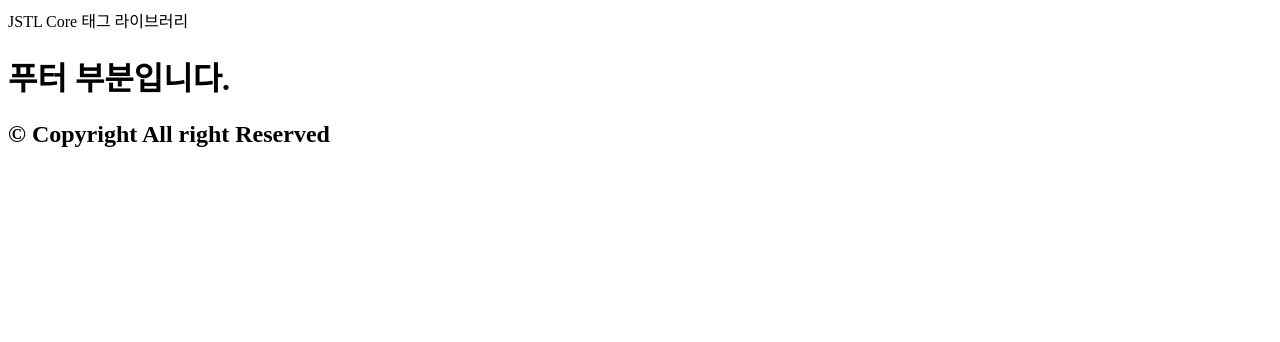
Repository: ifpi98/java_e
Page: http://localhost/jspproject/footer.jsp
An editor plug-in stored every save of this project. The page is shown before and after the next save, followed by the edit.
The browser window is 1280 px wide. The pictures show the whole page.
The page is served by Tomcat 9.

Above is the page before, as saved 2023-07-06 04:02:10.

### jspproject/src/main/webapp/footer.jsp
<%@ page language="java" contentType="text/html; charset=EUC-KR"
    pageEncoding="EUC-KR"%>
<%@ taglib prefix="c" uri="http://java.sun.com/jsp/jstl/core" %>
<!DOCTYPE html>
<html>
<head>
<meta charset="EUC-KR">
<title>Insert title here</title>
</head>
<body>

	<c:out value="JSTL Core 태그 라이브러리" />



<h1> 푸터 부분입니다.</h1>
<footer>
<h2> &copy; Copyright All right Reserved </h2>
</footer>

</body>

</html>

After the next save:
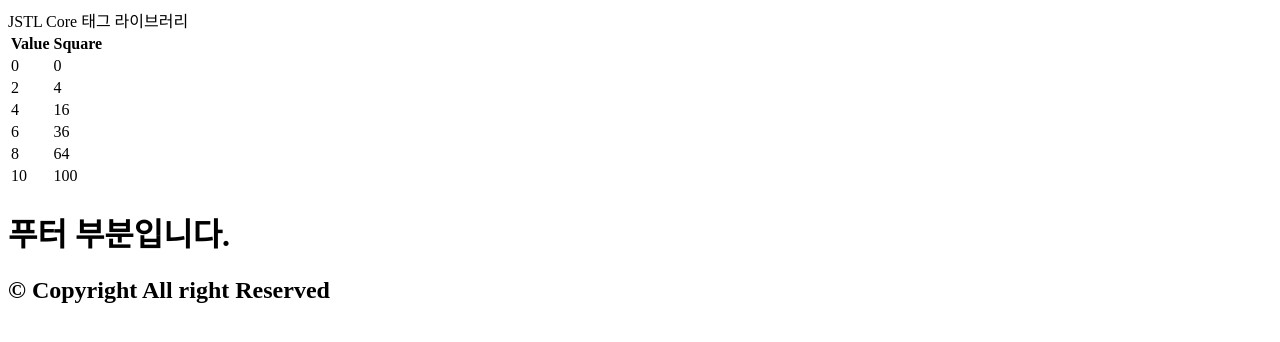
Saved 5 min 44 s later.
--- a/jspproject/src/main/webapp/footer.jsp
+++ b/jspproject/src/main/webapp/footer.jsp
@@ -11,7 +11,18 @@
 
 	<c:out value="JSTL Core 태그 라이브러리" />
 
-
+<table>
+<tr>
+  <th>Value</th>
+  <th>Square</th>
+</tr>
+<c:forEach var="x" begin="0" end="10" step="2">
+<tr>
+  <td><c:out value="${x}"/></td>
+  <td><c:out value="${x * x}"/></td>
+</tr>
+</c:forEach>
+</table>
 
 <h1> 푸터 부분입니다.</h1>
 <footer>
